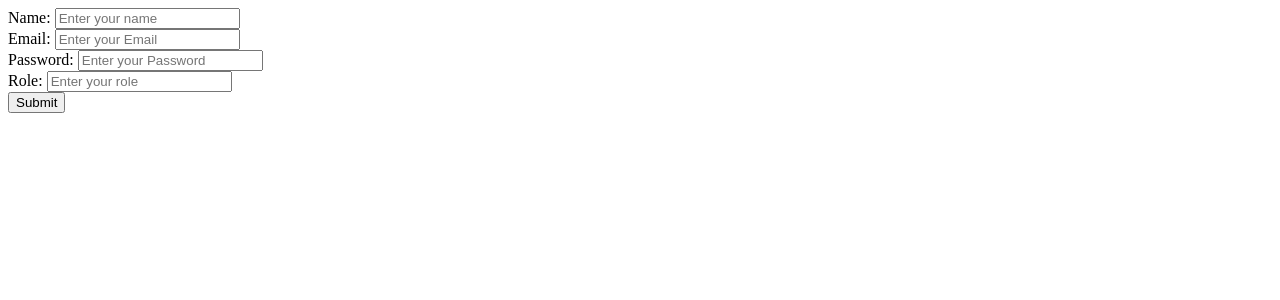
Repository: bharathabhi46/SkillSync-FrontEnd
Page: /
The author's editor kept a copy of each file at every save. The page is drawn from the files as they stood at one save, then again after the next save.
The browser window is 1280 px wide. The pictures show the whole page.
The project was rebuilt for these pictures with package versions that can differ from the ones it lists, and the page was loaded fresh each time. Also part of the build but not shown: vite.config.js.

Above is the page before, as saved 2025-06-04 15:52:15.

### src/App.jsx
import React from "react";
import CreateUser from "./Components/CreateUser/CreateUser";

const App = () => {
  return <CreateUser />;
};

export default App;

### src/Components/CreateUser/CreateUser.jsx
import React, { useState } from "react";

const CreateUser = () => {
  //   let [user, setUser] = useState("");
  let [users, setUsers] = useState([
    {
      userName: "",
      Email: "",
      Password: "",
      Role: "",
    },
  ]);
  return (
    <form>
      <label>Name: </label>
      <input type="text" name="name" id="name" placeholder="Enter your name" />
      <br />
      <label>Email: </label>
      <input
        type="email"
        name="email"
        id="email"
        placeholder="Enter your Email"
      />
      <br />
      <label>Password: </label>

      <input
        type="password"
        name="password"
        id="password"
        placeholder="Enter your Password"
      />
      <br />
      <label>Role: </label>

      <input type="text" name="role" id="role" placeholder="Enter your role" />
      <br />
      <button>Submit</button>
    </form>
  );
};

export default CreateUser;

Loaded but not shown: index.html (common file); src/main.jsx (common file)

After the next save:
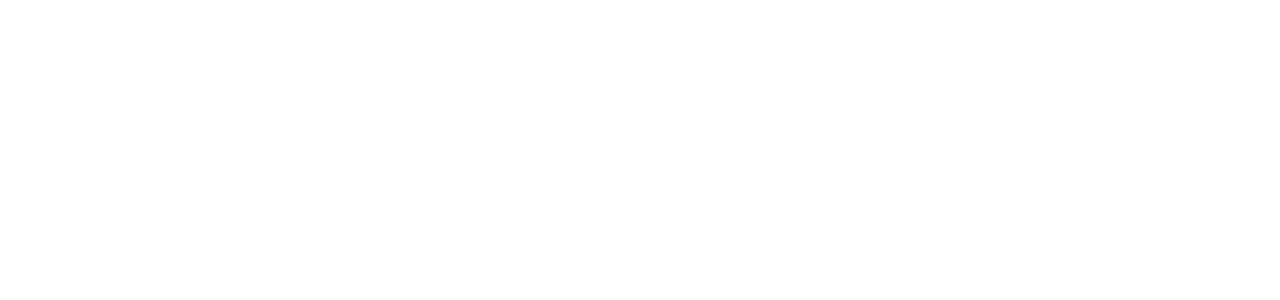
Console error: ReferenceError: e is not defined
Saved 26 s later.
--- a/src/Components/CreateUser/CreateUser.jsx
+++ b/src/Components/CreateUser/CreateUser.jsx
@@ -21,6 +21,7 @@
         name="email"
         id="email"
         placeholder="Enter your Email"
+        onChange={e.target.value}
       />
       <br />
       <label>Password: </label>

After the save that followed:
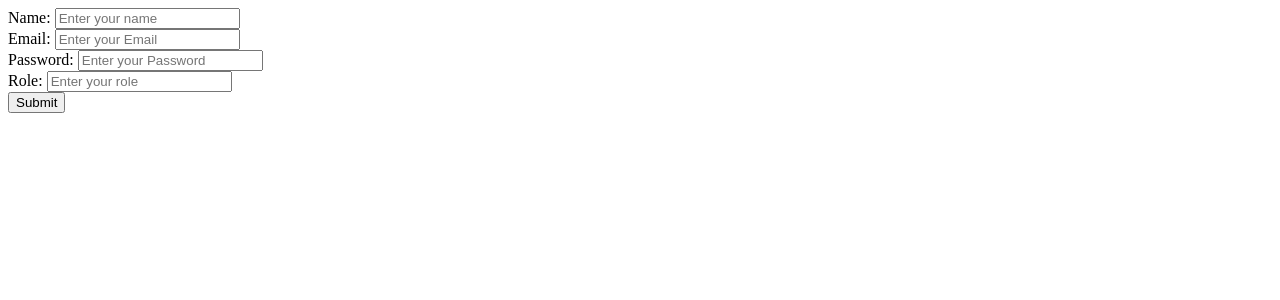
The error is gone.
Saved 17 s later.
--- a/src/Components/CreateUser/CreateUser.jsx
+++ b/src/Components/CreateUser/CreateUser.jsx
@@ -21,7 +21,6 @@
         name="email"
         id="email"
         placeholder="Enter your Email"
-        onChange={e.target.value}
       />
       <br />
       <label>Password: </label>
